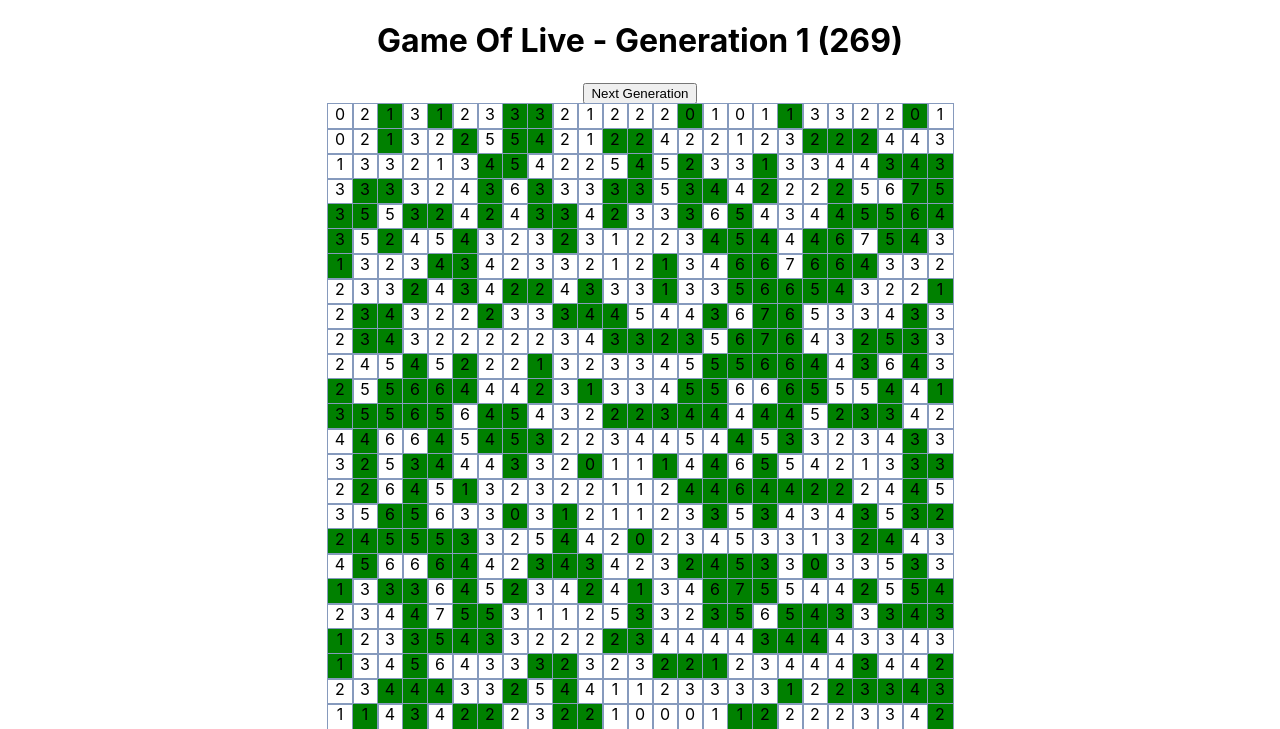
Repository: cfaguilera20/gol
Page: /
The author's editor kept a copy of each file at every save. The page is drawn from the files as they stood at one save, then again after a run of saves.
The browser window is 1280 px wide. The pictures show the whole page.
The project was rebuilt for these pictures with package versions that can differ from the ones it lists, and the page was loaded fresh each time.

Above is the page before, as saved 2021-07-25 12:48:47.

### src/App.js
import './App.css';

import Board from './components/Board.jsx';

function App() {
    return (
        <div className="App">
            <Board />
        </div>
    );
}

export default App;

### src/components/Board.jsx
import React, { useState } from 'react';
import './Board.css';

const WORLD_SIZE = 25;
const WORLD_POPULATION = Math.round(WORLD_SIZE * WORLD_SIZE * 0.25);

const Board = (props) => {
    const [world, setWorld] = useState(
        createWorld(WORLD_SIZE, WORLD_POPULATION)
    );
    const [generation, setGeneration] = useState(1);

    const onNextGeneration = () => {
        setGeneration(generation + 1);
        world.nextGeneration();
    };

    return (
        <>
            <h1>Game Of Live - Generation {generation} ({world.currentPopulation})</h1>
            <button onClick={onNextGeneration}>Next Generation</button>
            <div className="world">
                {world.board.map((row, rowIdx) => (
                    <div key={rowIdx} className="row">
                        {row.map((cell, cellIdx) => {
                            const className = cell.getColor();
                            const neighborsAlive =
                                cell.getNeighborsAliveCounter();
                            return (
                                <div key={cellIdx} className={className}>
                                    {neighborsAlive}
                                </div>
                            );
                        })}
                    </div>
                ))}
            </div>
        </>
    );
};

class Cell {
    constructor(world, x, y, isAlive) {
        this.world = world;
        this.x = x;
        this.y = y;
        this.isAlive = isAlive;
    }

    getNeighbors() {
        return this.world.getNeighbors(this.x, this.y);
    }

    getNeighborsAlive() {
        return this.getNeighbors().filter((cell) => cell.isAlive === 1);
    }

    getNeighborsAliveCounter() {
        return this.getNeighborsAlive().length;
    }

    getColor() {
        return this.isAlive ? 'cell cell-green' : 'cell';
    }

    nextGeneration() {
        return this.getNeighborsAliveCounter() > 2;
    }
}

class World {
    constructor(size, population) {
        this.size = size;
        this.population = population;
        this.currentPopulation = 0;
        this.board = [];
        this.createBoard();
    }

    createBoard() {
        for (let y = 0; y < this.size; y++) {
            this.board[y] = [];
            for (let x = 0; x < this.size; x++) {
                const isAlive = Math.round(Math.random());
                this.board[y][x] = new Cell(this, x, y, isAlive);
                this.currentPopulation += isAlive ? 1 : 0;
            }
        }
    }

    getNeighbors(x, y) {
        const neighbors = [];
        const neighborsIdx = [
            [1, 0],
            [-1, 0],
            [0, 1],
            [0, -1],
            [1, 1],
            [1, -1],
            [-1, 1],
            [-1, -1],
        ];
        neighborsIdx.forEach(([dx, dy]) => {
            const [nx, ny] = [x + dx, y + dy];
            if (nx >= 0 && nx < this.size && ny >= 0 && ny < this.size) {
                neighbors.push(this.board[ny][nx]);
            }
        });
        return neighbors;
    }

    nextGeneration() {
        const nextBoard = [];
        for (let y = 0; y < this.size; y++) {
            nextBoard[y] = [];
            for (let x = 0; x < this.size; x++) {
                const cell = this.board[y][x];
                const isAlive = cell.isAlive;
                const nextIsAlive = cell.nextGeneration();
                nextBoard[y][x] = new Cell(this, x, y, nextIsAlive);
                this.currentPopulation += nextIsAlive - isAlive;
            }
        }

        this.board = nextBoard;
    }
}

const createWorld = (WORLD_SIZE, WORLD_POPULATION) => {
    const board = new World(WORLD_SIZE, WORLD_POPULATION);
    return board;
};

export default Board;

### src/components/Board.css
.row {
    height: 25px;
}

.cell {
    width: 25px;
    height: 25px;
    outline: 1px solid rgb(134, 154, 189);
    display: inline-block;
}

.cell-green {
    background-color: green;
}

.cell-red {
    background-color: red;
}

.cell-purple {
    background-color: purple;
}

Loaded but not shown: public/index.html (common file); src/index.js (common file); src/index.css (common file); src/reportWebVitals.js (common file); src/App.css (common file)

After the next 2 saves:
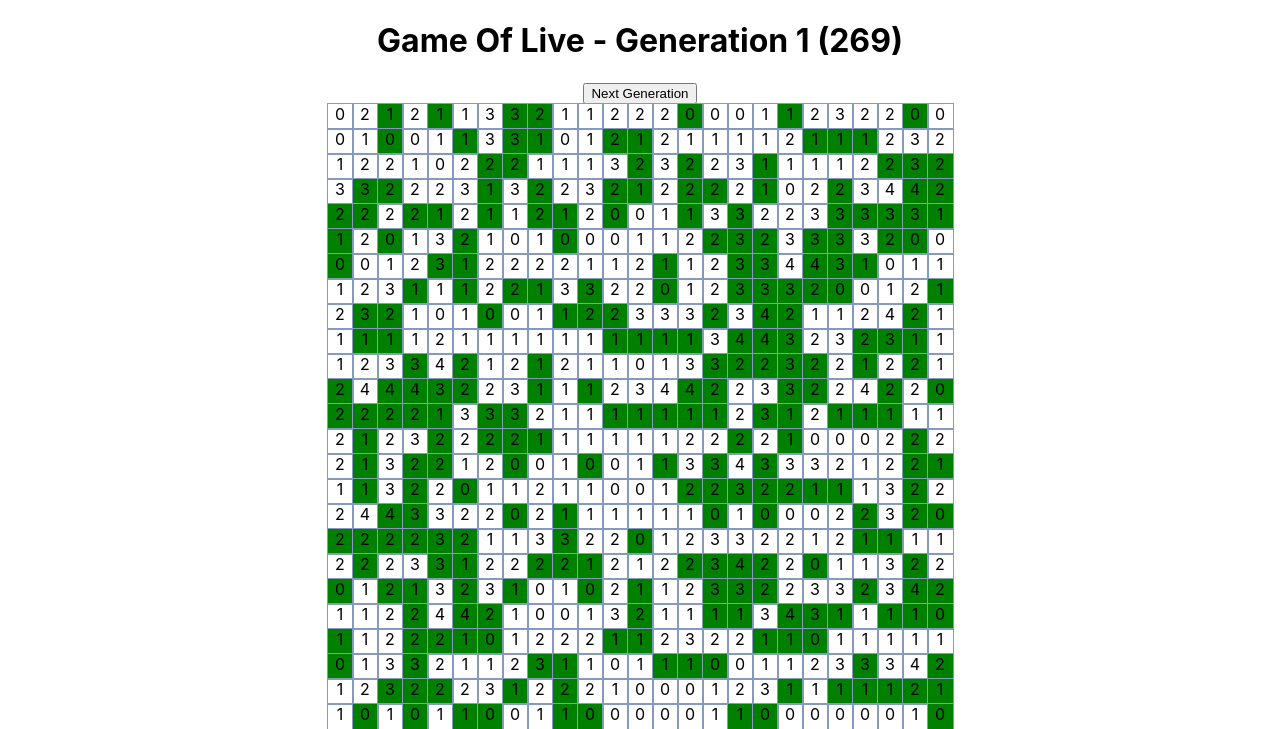
The 2 saves are shown as one change because 1 did not build or start.
The last was saved 2 min 21 s later.
--- a/src/components/Board.jsx
+++ b/src/components/Board.jsx
@@ -15,9 +15,16 @@
         world.nextGeneration();
     };
 
+    const onCellClicked = (cell) => {
+        cell.isAlive = !cell.isAlive;
+    };
+
     return (
         <>
-            <h1>Game Of Live - Generation {generation} ({world.currentPopulation})</h1>
+            <h1>
+                Game Of Live - Generation {generation} (
+                {world.currentPopulation})
+            </h1>
             <button onClick={onNextGeneration}>Next Generation</button>
             <div className="world">
                 {world.board.map((row, rowIdx) => (
@@ -27,7 +34,11 @@
                             const neighborsAlive =
                                 cell.getNeighborsAliveCounter();
                             return (
-                                <div key={cellIdx} className={className}>
+                                <div
+                                    key={cellIdx}
+                                    className={className}
+                                    onClick={onCellClicked(cell)}
+                                >
                                     {neighborsAlive}
                                 </div>
                             );

After the 3 saves that followed:
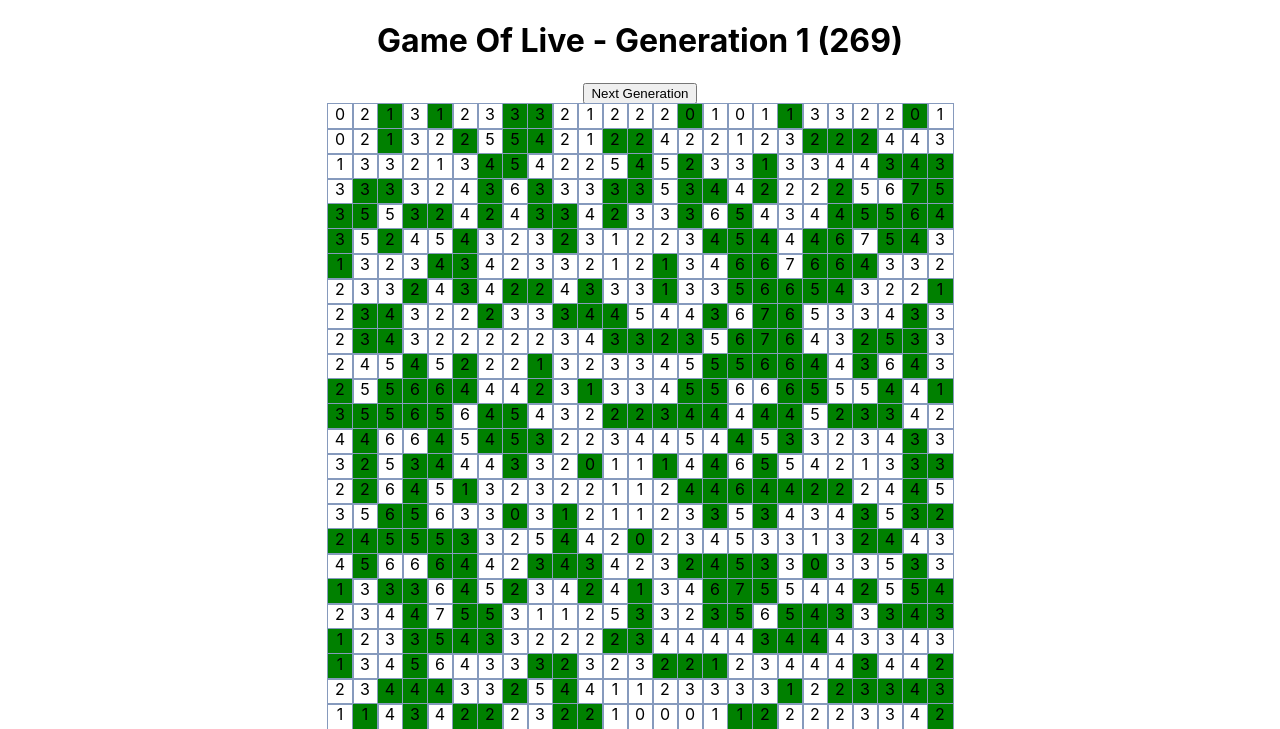
The 3 saves are shown as one change because 1 left the picture as it was and some came seconds apart.
The last was saved 2 min 28 s later.
--- a/src/components/Board.jsx
+++ b/src/components/Board.jsx
@@ -16,6 +16,7 @@
     };
 
     const onCellClicked = (cell) => {
+        console.log('vas');
         cell.isAlive = !cell.isAlive;
     };
 
@@ -37,7 +38,7 @@
                                 <div
                                     key={cellIdx}
                                     className={className}
-                                    onClick={onCellClicked(cell)}
+                                    onClick={() => onCellClicked(cell)}
                                 >
                                     {neighborsAlive}
                                 </div>
